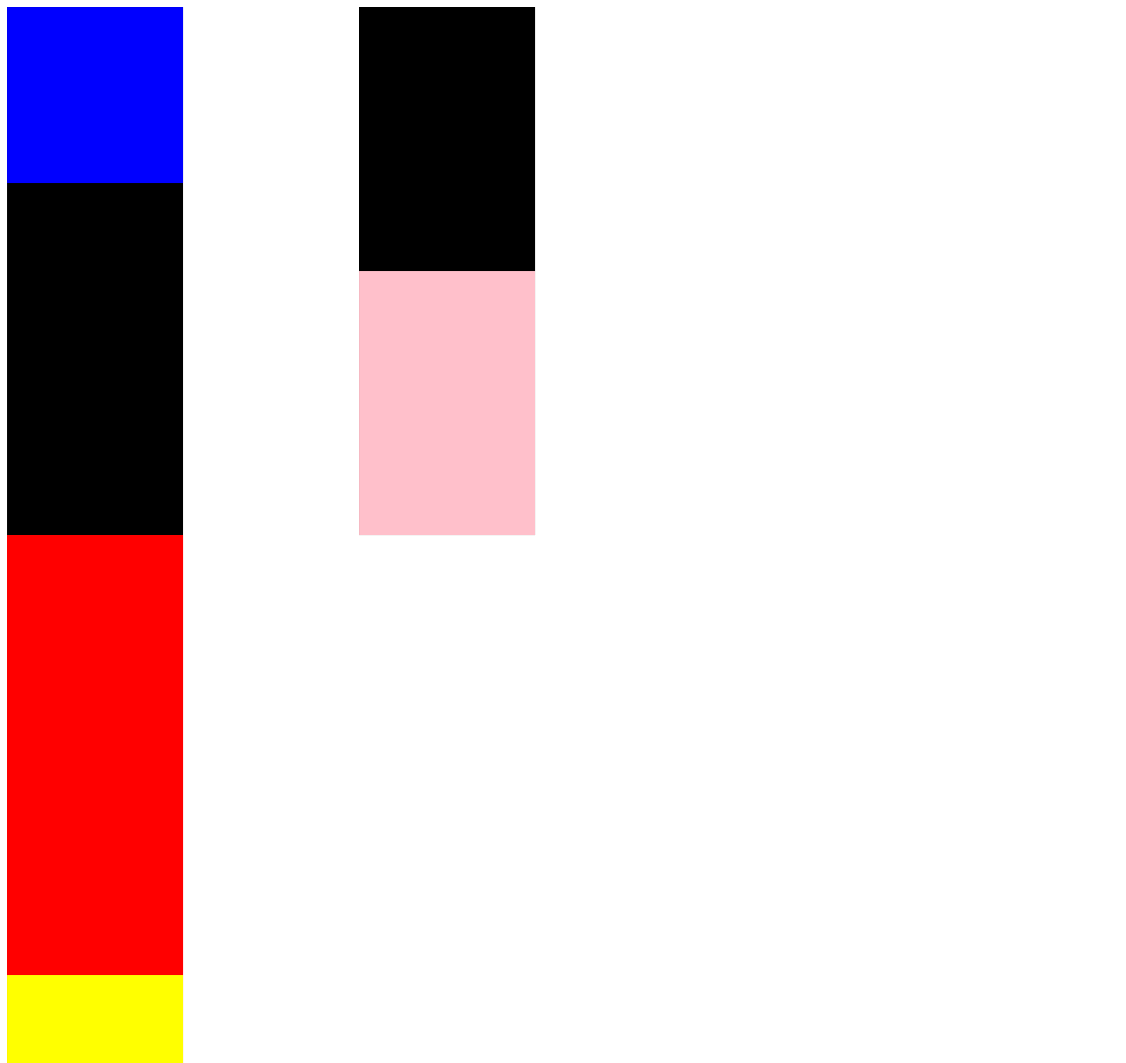
Repository: Seokho96/CSSPractice
Page: css/work01/WebContent/index01.html
These files come from the project's save history. The page is drawn as it stood at one moment and after the next save; the edit follows.
The browser window is 1280 px wide. The pictures show the whole page, at 88% of full size.

Above is the page before, as saved 2020-07-13 06:59:19.

After the next save:
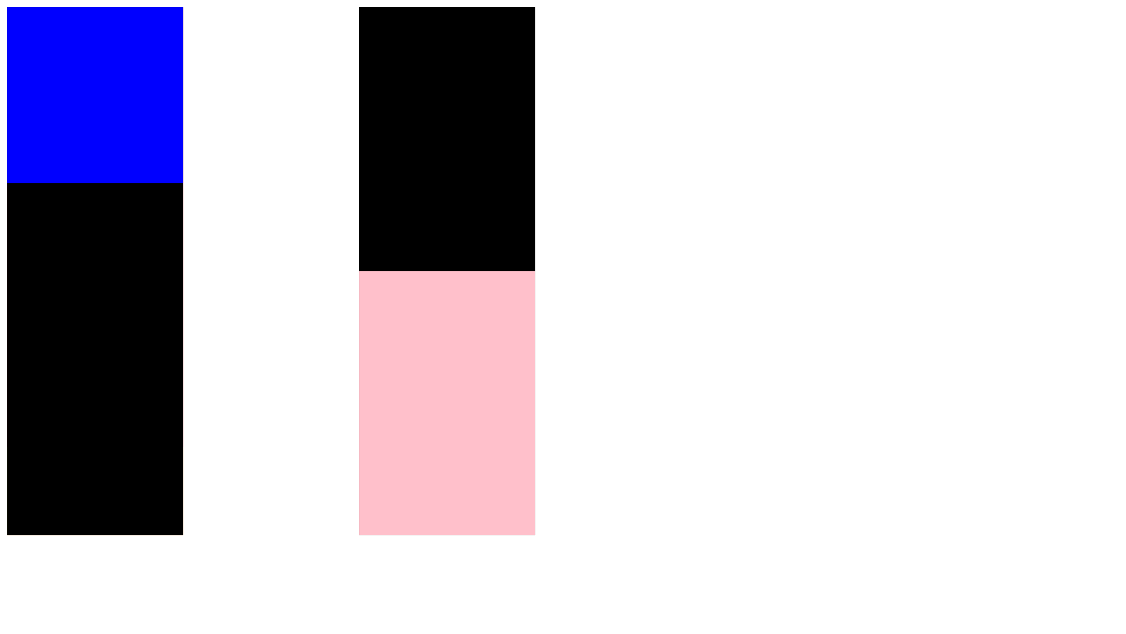
Saved 27 s later.
--- a/css/work01/WebContent/index01.html
+++ b/css/work01/WebContent/index01.html
@@ -32,7 +32,8 @@
    width: 200px;
    height: 600px;
    background-color: black;
-
+  margin-right: 200px;
+  float:right;
 }
 #middletop{
   width: 200px;
